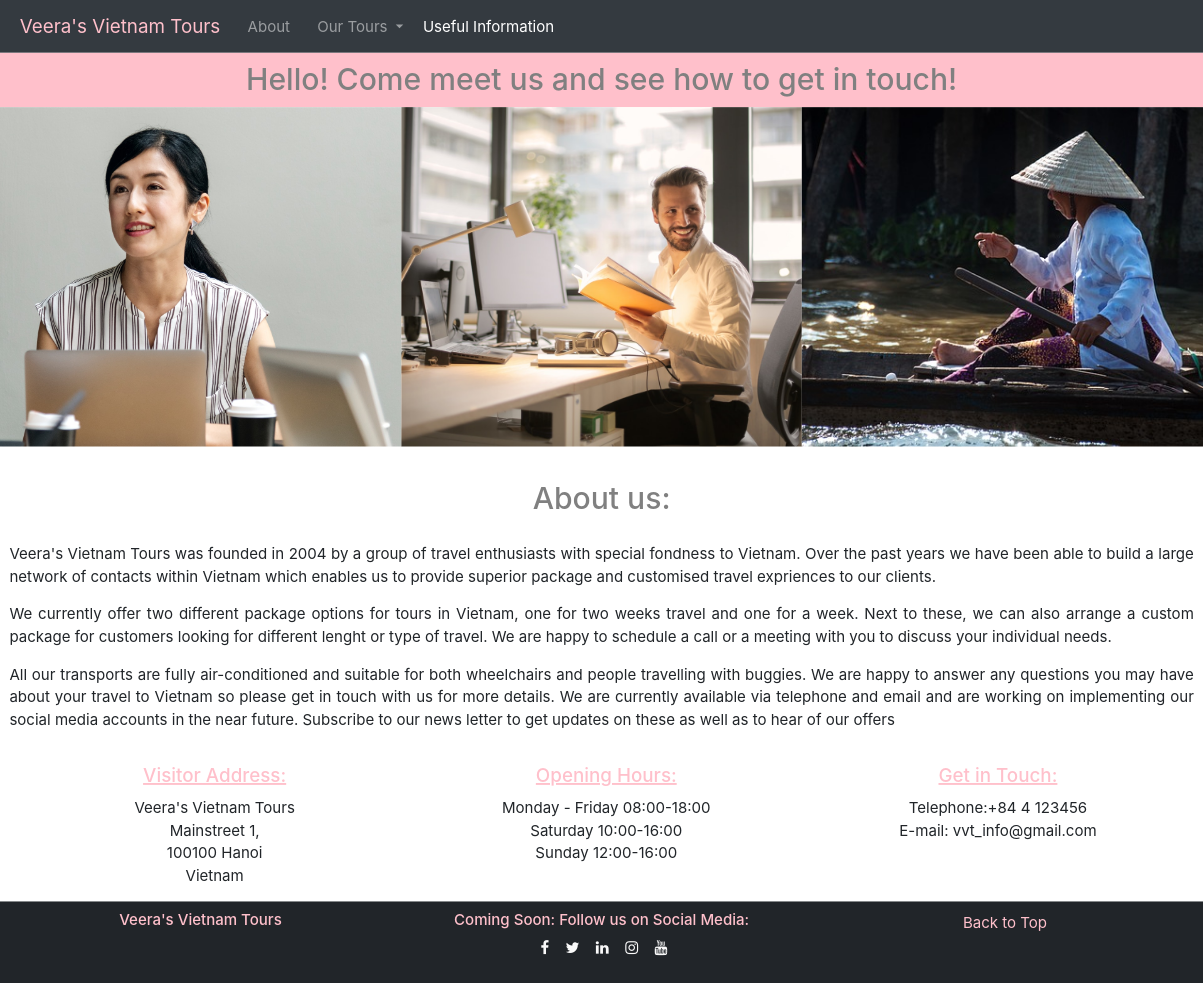
Repository: VAhola/VietnamTour
Page: about.html
The author's editor kept a record of every edit. The page is drawn from the files as they stood at one moment, then again after the next edit.
The browser window is 1280 px wide. The pictures show the whole page, at 94% of full size.

Above is the page before.

### about.html
<!DOCTYPE html>
<html lang="en">
<head>
    <meta charset="UTF-8">
    <meta name="viewport" content="width=device-width, initial-scale=1.0">
    <meta http-equiv="X-UA-Compatible" content="ie=edge">
    <link rel="stylesheet" href="https://stackpath.bootstrapcdn.com/bootstrap/4.3.1/css/bootstrap.min.css" type="text/css" />
    <link rel="stylesheet" href="https://stackpath.bootstrapcdn.com/font-awesome/4.7.0/css/font-awesome.min.css" type="text/css" />
    <link rel="stylesheet" href="style.css" type="text/css"/>
    <title>Vietnam Project</title>
</head>
<body>

<!--Nav-->

<nav class="navbar navbar-dark navbar-expand-sm bg-dark top">
    <a href="index.html" class="navbar-brand title">Veera's Vietnam Tours</a>
    <button class="navbar-toggler ml-auto" type="button" data-toggle="collapse" data-target="#navbarNavDropdown" aria-controls="navbarNavDropdown" aria-expanded="false" aria-label="Toggle navigation">
        <span class="navbar-toggler-icon"></span>
    </button>
    <div class="collapse navbar-collapse" id="navbarNavDropdown">
            <ul class="navbar-nav mr-auto">
                <li class="nav-item mr-2"><a class="nav-link" href="about.html">About</a></li>
                <li class="nav-item dropdown">
                    <a class="nav-link dropdown-toggle" href="#" id="navbarDropdownMenuLink" role="button" data-toggle="dropdown" aria-haspopup="true" aria-expanded="false">
          Our Tours
        </a>
                    <div class="dropdown-menu" aria-labelledby="navbarDropdownMenuLink">
                        <a class="dropdown-item" href="16d.html">16 Day Complete Vietnam</a>
                        <a class="dropdown-item" href="8d.html">8 Days Vietnam at glance</a>
                    </div>
                </li>
                <li class="active nav-item mr-2"><a class="nav-link" href="Info.html">Useful Information</a></li>
            </ul>
            </div>
        </nav>
<!-- /.nav -->


<!--Banner-->

<div class=section3>
    <h2 class="intro1">
     Hello! Come meet us and see how to get in touch!
    </h2>
 </div>

<div class="gallery1">
<figure class="gallery_item gallery__item1">
    <img src="Assets/pictures/adult-casual-coffee-1413655.jpg" class="gallery__img" alt="Image 1">
</figure>
<figure class="gallery__item gallery__item--2">
    <img src="Assets/pictures/adult-blur-businessman-927022.jpg" class="gallery__img" alt="Image 2">
</figure>
<figure class="gallery__item gallery__item--3">
    <img src="Assets/pictures/vietnam-630445_640.jpg" class="gallery__img" alt="Image 3">
    </figure>
  </div>

<!-- /.banner -->


        <h2>About us:</h2>

<section class="about_us">
<p>Veera's Vietnam Tours was founded in 2004 by  a group of travel enthusiasts with special fondness to Vietnam. Over the past years we have been able to build a large network of contacts within Vietnam which enables us to provide superior package and customised travel expriences to our clients.</p>

<p>We currently offer two different package options for tours in Vietnam, one for two weeks travel and one for a week. Next to these, we can also arrange a custom package for customers looking for different lenght or type of travel.
We are happy to schedule a call or a meeting with you to discuss your individual needs.</p>

<p>All our transports are fully air-conditioned and suitable for both wheelchairs and people travelling with buggies.

We are happy to answer any questions you may have about your travel to Vietnam so please get in touch with us for more details. We are currently available via telephone and email and are working on implementing our social media accounts in the near future.

Subscribe to our news letter to get updates on these as well as to hear of our offers
</p>

</section>
</div>
</div>



<div class="row contacts">
    <div class="col-md-4">
        <ul>
        <h5>Visitor Address:</h5>
        <li>Veera's Vietnam Tours</li>
        <li>Mainstreet 1, </li>
        <li>100100 Hanoi </li>
        <li>Vietnam </li>
        </ul>
    </div>
    <div class="col-md-4">
        <h5>Opening Hours:</h5>
        <ul>
            <li>Monday - Friday 08:00-18:00</li>
            <li>Saturday 10:00-16:00</li>
            <li>Sunday  12:00-16:00</li>
        </ul>
    </div>
    <div class="col-md-4">
        <h5>Get in Touch:</h5>
        <ul>
            <li>Telephone:+84 4 123456</li>
            <li>E-mail: vvt_info@gmail.com</li>
        </ul>
    </div>

</div>


 <footer class="container-fluid site">
        <div id="footer-details" class="row">
            <div class="col-sm-4 center">
                 <h6>Veera's Vietnam Tours</h6>
            </div>
            <div class="col-sm-4 center">
                <h6 class="inline-block center">Coming Soon: Follow us on Social Media:</h6>
                <ul class="list-inline center">
                    <li class="list-inline-item">
                        <a target="_blank" href="#">
                            <i class="fa fa-facebook" aria-hidden="true"></i>
                            <span class="sr-only">Facebook</span>
                        </a>
                    </li>
                    <li class="list-inline-item">
                        <a target="_blank" href="#">
                            <i class="fa fa-twitter" aria-hidden="true"></i>
                            <span class="sr-only">Twitter</span>
                        </a>
                    </li>
                    <li class="list-inline-item">
                        <a target="_blank" href="#">
                            <i class="fa fa-linkedin" aria-hidden="true"></i>
                            <span class="sr-only">LinkedIn</span>
                        </a>
                    </li>
                    <li class="list-inline-item">
                        <a target="_blank" href="#">
                            <i class="fa fa-instagram" aria-hidden="true"></i>
                            <span class="sr-only">Instagram</span>
                        </a>
                    </li>
                    <li class="list-inline-item">
                        <a target="_blank" href="#">
                            <i class="fa fa-youtube" aria-hidden="true"></i>
                            <span class="sr-only">YouTube</span>
                        </a>
                    </li>
                </ul>
            </div>
           <div class="col-sm-4 center">
                <a href="#top" style="color:pink">Back to Top</a>
            </div>
        </div>
 </footer>



    <script src="https://code.jquery.com/jquery-3.3.1.slim.min.js" integrity="sha384-q8i/X+965DzO0rT7abK41JStQIAqVgRVzpbzo5smXKp4YfRvH+8abtTE1Pi6jizo" crossorigin="anonymous"></script>
    <script src="https://cdnjs.cloudflare.com/ajax/libs/popper.js/1.14.3/umd/popper.min.js" integrity="sha384-ZMP7rVo3mIykV+2+9J3UJ46jBk0WLaUAdn689aCwoqbBJiSnjAK/l8WvCWPIPm49" crossorigin="anonymous"></script>
    <script src="https://stackpath.bootstrapcdn.com/bootstrap/4.1.3/js/bootstrap.min.js" integrity="sha384-ChfqqxuZUCnJSK3+MXmPNIyE6ZbWh2IMqE241rYiqJxyMiZ6OW/JmZQ5stwEULTy" crossorigin="anonymous"></script>

</body>
</html>

### style.css
html {
    border: none;
}

/*------------- Styling the header -----------*/

.header {
    background-color: #4F4F4F;
    background-position: center;
    text-align: center;
    background-size: cover;
    color: #fafafa;
    margin:0;
    padding-bottom: 10px;
    padding-top: 10px;

}


.button {
    color: white;
}


.navbar-dark .navbar-brand {
    color: pink;

}

.dropdown-menu {
    background-color: #4F4F4F;
}

.dropdown-item {
    color: #b9bec3;
}


a {
    color:#fafafa;
    margin-left: 5px;
}

.section1 {
    background-size: cover;
    text-align: center;
    background-image: url(Assets/pictures/bamboo-boat-clouds-cloudscape-2132098.jpg);
    background-repeat: no-repeat;
    min-height: 380px;
    color: black;
    padding: 0px;
    background-position-y: bottom;
    background-position-x: center;
    background-color: darkgray;
}

.intro {
    background-color: pink;
    padding: 10px 5px;
    color: gray;
}

.intro1 {
    background-color: pink;
    padding: 10px 5px;
    color: gray;
    margin-bottom: 0px;
}

.welcome {
    padding:10px 5px;
}

h2 {
    color: gray;
    text-align: center;
    padding-bottom:20px;
    padding-top: 20px;
}

h3{
    color: PINK;
    text-align: center;
    padding-bottom:20px;
    padding-top: 20px;
}

h5 {
    color: pink;
    text-align: center;
    margin-top: 20px;
    margin-bottom: 10px;
    text-decoration: underline;
}


li {
    list-style: none;
    text-align: center
}

img.quote {
    border-style: solid;
    border-color: gray;
    float: right;
}

dl, ol, ul {
    margin-top: 0;
    margin-bottom: 1rem;
    padding: 0;
}

.tours {
    color:darkgray;
    text-align:center;
    margin-bottom:30px;
}

.section3 {
    background-size: cover;
    text-align: center;
    color: black;
}


.about_us {
    text-align: justify;
    margin-left: 10px;
    margin-right: 10px;
}

.contacts {
    margin-left: 20px;
    margin-right: 10px;
}

.compact {
    margin: 0;
}

.man {
    background-image: url(Assets/pictures/hanoi-man-market-1004123.jpg);

}

.btn-success1 {
    color: #fff;
    background-color: pink;
    border-color: gray;
    border-width: thick;
}


.towel {
 text-align:center;
 padding-left:15px;
 padding-right:15px;
 background-color: yellow;
 display: unset;
}

div.container4 {
    height: 1em;
    position: relative;

}
div.container4 p {
    margin: 0;
    background: yellow;
    position: absolute;
    top: 50%;
    left: 50%;
    margin-right: -50%;
    transform: translate(-50%, -50%);
    display:unset;
    padding: 5px 10px;

}

* {
  box-sizing: border-box;
}

div.box {
  float: left;
  width: 50%;
  padding: 20px;
}

div.center {
    text-align: center;
}

.clearfix::after {
  content: "";
  clear: both;
  display: table;
  padding: 20px;
}

.internary16 {
    text-align: left;
    margin: 10px 20px;
    align-content: center;
    text-align: justify;
}

.right {
    height:200px;
    word-break: break-word;
    float:right;
    margin: 5px;
}

.left {
    height:200px;
    word-break: break-word;
    float:left;
    margin: 5px;
}

.woman {
    float: right;
}


article {
    margin: 5px;
}

img.iten_right {
    border: 1px solid #ddd;
    border-radius: 4px;
    padding: 5px;
    width: 300px;
    margin-left: 10px;
}

img.iten_left {
    border: 1px solid #ddd;
    border-radius: 4px;
    padding: 5px;
    width: 300px;
    margin-right: 10px;
}

img.map_right {
    border: 1px solid #ddd;
    border-radius: 4px;
    width: 220px;
    margin:20px 10px;
}

.info_left {
    border: 3px solid #ddd;
    border-radius: 4px;
    width: 220px;
    margin-right:10px;
}

.info_right {
    border: 2px solid #ddd;
    border-radius: 4px;
    width: 220px;
    margin-left:10px;
}

banner2 {
    display: inline-block;
}

.gallery1 {
    display: grid;
    grid-template-columns: repeat(3, 1fr);
    padding-top:0px;
    margin: 0px;
}

.section2 {
    background-size: cover;
    text-align: center;
    background-image: url(Assets/pictures/chaly-pavement-road-2044867.jpg);
    background-repeat: no-repeat;
    min-height: 380px;
    color: black;
    padding: 0px;
    background-position-y: bottom;
    background-position-x: center;
}

.section4 {
    background-size: cover;
    text-align: center;
    background-image: url(Assets/pictures/chaly-pavement-road-2044867.jpg);
    background-repeat: no-repeat;
    min-height: 380px;
    color: black;
    padding: 0px;
    background-position-y: bottom;
    background-position-x: center;
}

.section5 {
    background-size: cover;
    text-align: center;
    background-image: url(Assets/pictures/IMG-20190712-WA0006_a.jpg);
    background-repeat: no-repeat;
    min-height: 380px;
    color: black;
    padding: 0px;
    background-position-y: bottom;
    background-position-x: center;
}

.dest {
    margin-left: 10px;
    margin-right: 10px;
    padding: 10px;
    text-align: justify;
}

.info {
    margin-top:20px;
}
.desth {
    margin-left: 10px;
    margin-right: 10px;
    text-align:justify;
}

.ready {
    background-clip: white;
    margin-left: 10px;
    margin-right: 10px;
}

.grid-container-new {
  display: grid;
  justify-content: space-evenly;
  grid-template-columns: 25% 25% 25%; /*Make the grid smaller than the container*/
  grid-gap: 5px;
  padding: 10px;
}

.grid-container {
  display: grid;
  justify-content: space-evenly;
  grid-template-columns: 80% 20%; /*Make the grid smaller than the container*/
  grid-gap: 5px;
  padding: 10px;
}

.grid-item {
  background-color: rgba(255, 255, 255, 0.8);
  border: 1px solid rgba(0, 0, 0, 0.8);
  padding: 20px;
  font-size: 30px;
  text-align: center;
}

.gallery {
    display: grid;
    grid-template-columns: repeat(4, 1fr);
    grid-gap: 10px;
    padding-top:5px;
    margin: 30px 5px;
}

.gallery__img {
    width: 100%;
    height: 100%;
    object-fit: cover;
}

.people {
    display: grid;
    grid-template-columns: repeat(2, 1fr);
    grid-gap: 10px;
    margin-left: 5px;
    margin-right: 5px;
    padding-top:5px;
}

.people__img {
    width: 100%;
    height: 100%;
    object-fit: cover;
}


.header5 {
    color: pink;
    text-decoration: underline;
}

footer.site {
    background-color: #212529;
    color: pink;
    background-size: cover;
    margin-bottom: 0;
    padding-bottom: 10px;
    padding-top: 10px;
}

.bottom {
    margin-bottom: 0;
}
/* media queries */

@media (max-width:767px) {
    body {
    font-size:small;
    }
    .review{
    text-align:center;
    padding:20px 10px;
    margin-bottom:40px;
    display:inline;
    font-size:smaller;
    }
    h1{
    font-size:small;
    }
    h2 {
        font-size:smaller;
    }
    em {
    font-size: x-small;
    }

    img.map_right {
    border: 1px solid #ddd;
    border-radius: 4px;
    width: 130px;
    margin-left: 10px;
    }

    img.iten_left{
    width: 50px;
    }

    .section2 {
    background-size: cover;
    text-align: center;
    background-image: url(Assets/pictures/chaly-pavement-road-2044867.jpg);
    background-repeat: no-repeat;
    min-height: 180px;
    color: black;
    padding: 0px;
    background-position-y: bottom;
    background-position-x: center;
    }
    .section1 {
    background-size: cover;
    text-align: center;
    background-image: url(Assets/pictures/bamboo-boat-clouds-cloudscape-2132098.jpg);
    background-repeat: no-repeat;
    min-height: 180px;
    color: black;
    padding: 0px;
    background-position-y: bottom;
    background-position-x: center;
    background-color: darkgray;
}
.section5 {
    background-size: cover;
    text-align: center;
    background-image: url(Assets/pictures/IMG-20190712-WA0006_a.jpg);
    background-repeat: no-repeat;
    min-height: 180px;
    color: black;
    padding: 0px;
    background-position-y: bottom;
    background-position-x: center;
}
}

@media (min-width: 768px) and (max-width: 991px) {
}
    .review {
    text-align:center;
    padding:20px 10px;
    margin-bottom:40px;
    display:flex;
    }
}

@media (min-width: 992px) and (max-width: 1800px) {
    .review{
    text-align:center;
    padding:20px 10px;
    margin-bottom:40px;
    margin-left: 20px;
    margin-right: 20px;
    display:inline-flex;
    }
}

After the next edit:
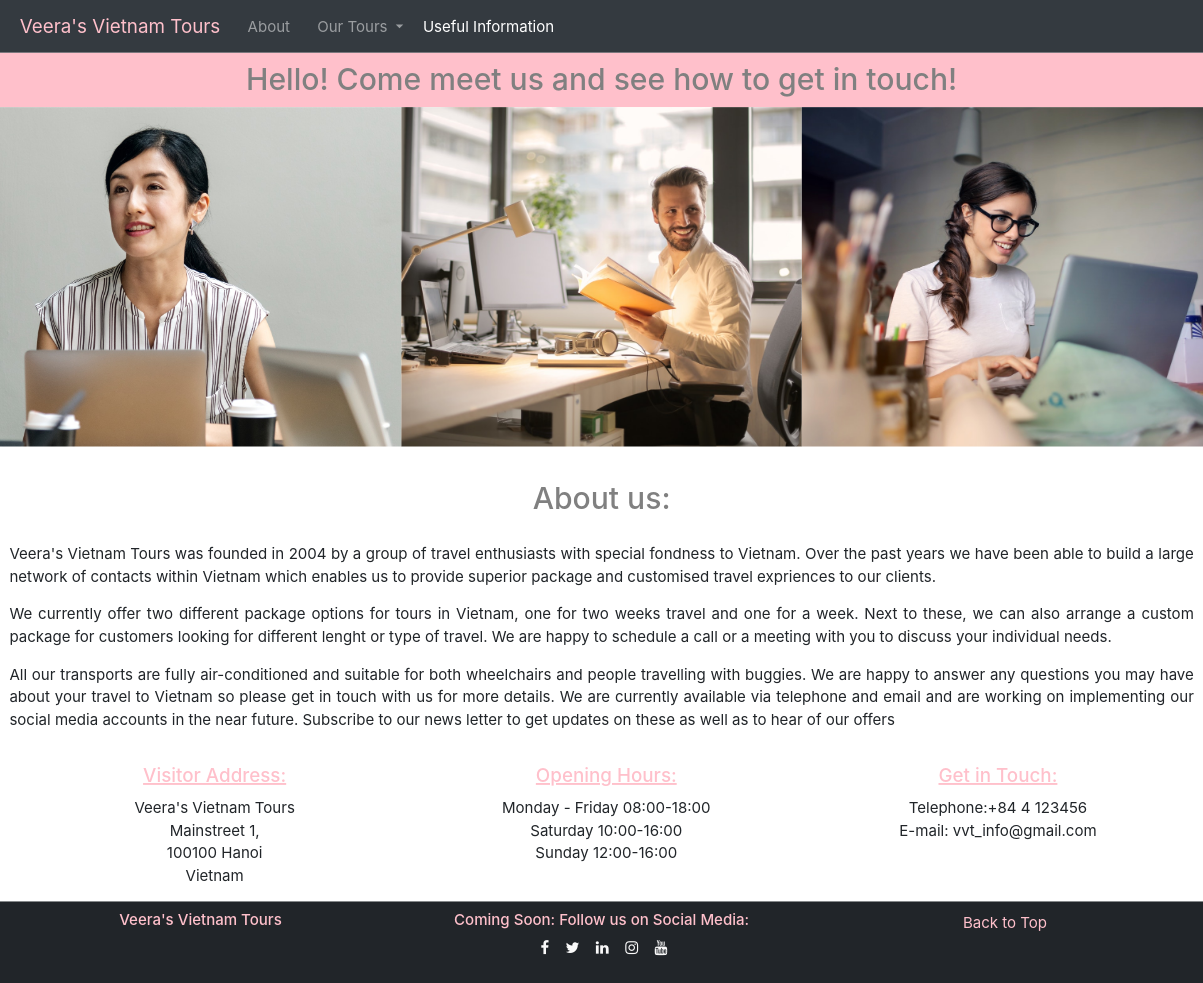
The edit:
--- a/about.html
+++ b/about.html
@@ -53,7 +53,7 @@
     <img src="Assets/pictures/adult-blur-businessman-927022.jpg" class="gallery__img" alt="Image 2">
 </figure>
 <figure class="gallery__item gallery__item--3">
-    <img src="Assets/pictures/vietnam-630445_640.jpg" class="gallery__img" alt="Image 3">
+    <img src="Assets/pictures/beautiful-blur-casual-935756.jpg" class="gallery__img" alt="Image 3">
     </figure>
   </div>
 
